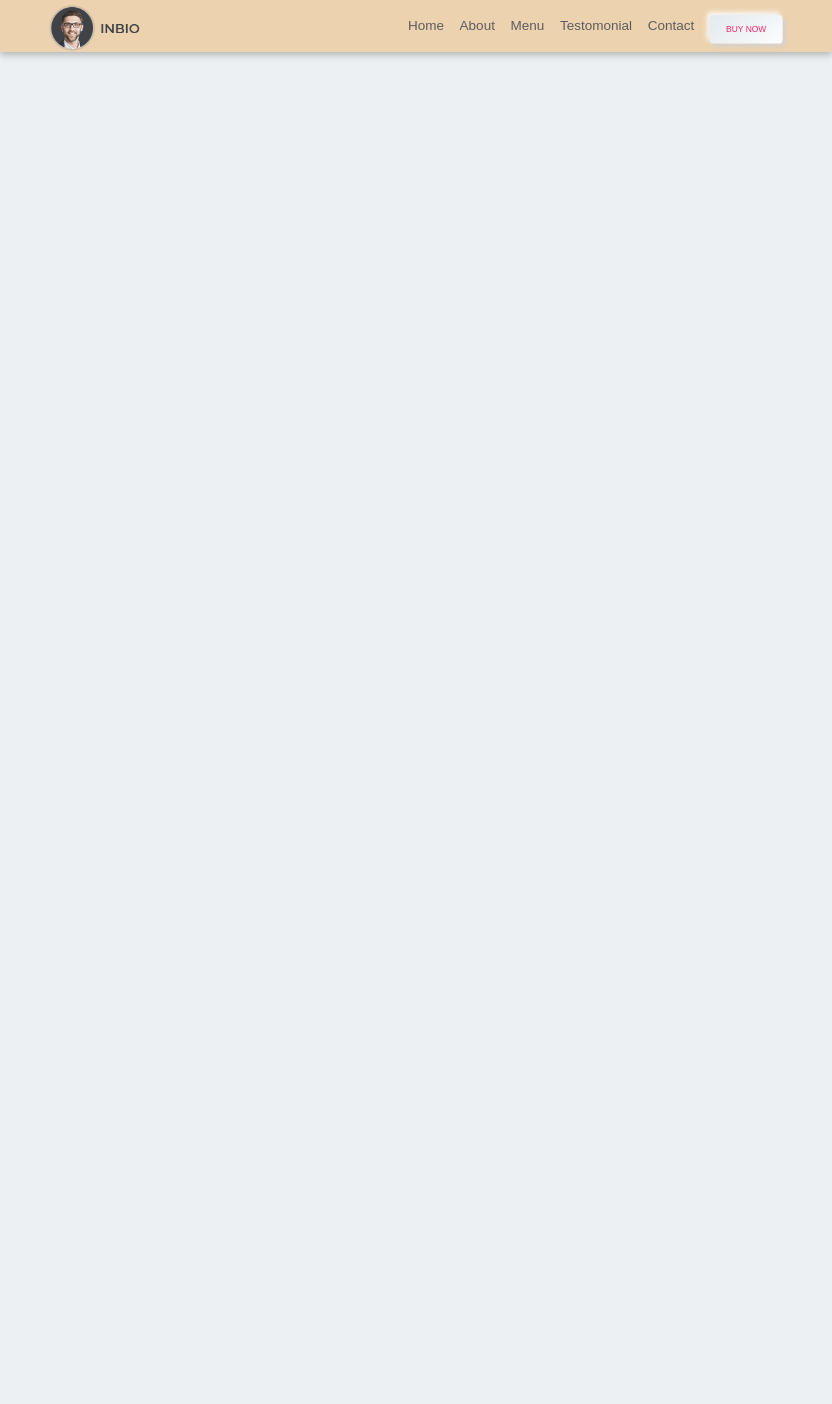
Repository: Sanjayjangra88/PortFolio
Page: /
An editor plug-in stored every save of this project. The page is shown before and after the next save, followed by the edit.
The browser window is 1280 px wide. The pictures show the whole page, at 65% of full size.
Some web libraries are served in a nearby version. The project was rebuilt for these pictures with package versions that can differ from the ones it lists, and the page was loaded fresh each time. Imported but missing from the stored project, and not drawn on this page: src/Components/Header/Navbar.

Above is the page before, as saved 2022-09-10 17:49:06.

### public/index.html
<!DOCTYPE html>
<html lang="en">
  <head>
    <meta charset="utf-8" />
    <link rel="icon" href="%PUBLIC_URL%/favicon.ico" />
    <meta name="viewport" content="width=device-width, initial-scale=1" />
    <meta name="theme-color" content="#000000" />
    <meta
      name="description"
      content="Web site created using create-react-app"
    />
    <link rel="apple-touch-icon" href="%PUBLIC_URL%/logo192.png" />
    <!--
      manifest.json provides metadata used when your web app is installed on a
      user's mobile device or desktop. See https://developers.google.com/web/fundamentals/web-app-manifest/
    -->
    <link rel="manifest" href="%PUBLIC_URL%/manifest.json" />
    <link rel="stylesheet" href="https://cdnjs.cloudflare.com/ajax/libs/font-awesome/6.1.1/css/all.min.css" integrity="sha512-KfkfwYDsLkIlwQp6LFnl8zNdLGxu9YAA1QvwINks4PhcElQSvqcyVLLD9aMhXd13uQjoXtEKNosOWaZqXgel0g==" crossorigin="anonymous" referrerpolicy="no-referrer" />

    <!--
      Notice the use of %PUBLIC_URL% in the tags above.
      It will be replaced with the URL of the `public` folder during the build.
      Only files inside the `public` folder can be referenced from the HTML.

      Unlike "/favicon.ico" or "favicon.ico", "%PUBLIC_URL%/favicon.ico" will
      work correctly both with client-side routing and a non-root public URL.
      Learn how to configure a non-root public URL by running `npm run build`.
    -->

    <link rel="manifest" href="%PUBLIC_URL%/manifest.json" />
    <link href="https://cdn.jsdelivr.net/npm/bootstrap@5.0.2/dist/css/bootstrap.min.css" rel="stylesheet" integrity="sha384-EVSTQN3/azprG1Anm3QDgpJLIm9Nao0Yz1ztcQTwFspd3yD65VohhpuuCOmLASjC" crossorigin="anonymous">
    <title>React App</title>
  </head>
  <body>
    <noscript>You need to enable JavaScript to run this app.</noscript>
    <div id="root"></div>
    <script src="https://kit.fontawesome.com/7578c5a215.js" crossorigin="anonymous"></script>
    <!--
      This HTML file is a template.
      If you open it directly in the browser, you will see an empty page.

      You can add webfonts, meta tags, or analytics to this file.
      The build step will place the bundled scripts into the <body> tag.

      To begin the development, run `npm start` or `yarn start`.
      To create a production bundle, use `npm run build` or `yarn build`.
    -->

    <script src="https://cdn.jsdelivr.net/npm/@popperjs/core@2.9.2/dist/umd/popper.min.js" integrity="sha384-IQsoLXl5PILFhosVNubq5LC7Qb9DXgDA9i+tQ8Zj3iwWAwPtgFTxbJ8NT4GN1R8p" crossorigin="anonymous"></script>
<script src="https://cdn.jsdelivr.net/npm/bootstrap@5.0.2/dist/js/bootstrap.min.js" integrity="sha384-cVKIPhGWiC2Al4u+LWgxfKTRIcfu0JTxR+EQDz/bgldoEyl4H0zUF0QKbrJ0EcQF" crossorigin="anonymous"></script>
  </body>
</html>

### src/App.js
import React from 'react'
import Header from './Components/Header/Header';
import "./App.css"

import Navbar from './Components/Header/Navbar';

const App = () => {
  return (
    <>
      <Header/>
      {/* <Navbar/> */}
    </>
  )
}

export default App

### src/Components/Header/Header.jsx
import React, { useState } from "react"
import "./header.css"
import logo from "../Pic/logo.png"

const Header = () => {
return (
    <>
      {/* <header className='header'>
        <div className='container d_flex'>
          <div className='logo'>
            <img src={logo} alt='' />
          </div>

          <div className='navlink'>
            <ul className="nav-links-mobile">
              <li>
                <a href='#home'>home</a>
              </li>
              <li>
                <a href='#features'>features</a>
              </li>
              <li>
                <a href='#portfolio'>portfolio</a>
              </li>
              <li>
                <a href='#resume'>resume</a>
              </li>
              <li>
                <a href='#clients'>clients</a>
              </li>
              <li>
                <a href='#blog'>blog</a>
              </li>
              <li>
                <a href='#contact'>contact</a>
              </li>
              <li>
                <button className='home-btn'>BUY NOW</button>
              </li>
            </ul>


          </div>
        </div>
      </header> */}
        <nav className='navbar'>
        <div className='navbar-container container'>
            <input type="checkbox"name=""id=""/>
            <div className="hamburger-lines">
                <span className='line line1'></span>
                <span className='line line2'></span>
                <span className='line line3'></span>
            </div>
            <ul className='menu-items'>
                <li><a href='#'>Home</a></li>
                <li><a href='#'>About</a></li>
                <li><a href='#'>Menu</a></li>
                <li><a href='#'>Testomonial</a></li>
                <li><a href='#'>Contact</a></li>
                <li><button className='home-btn'>BUY NOW</button></li>

            </ul>
            <h1 className='logo'><img src={logo} alt='my' /></h1>

        </div>
        </nav>
      <section className="demo"></section>
    </>
  )
}

export default Header

### src/App.css
@import url('https://fonts.googleapis.com/css2?family=Dancing+Script&family=EB+Garamond:ital,wght@1,500&family=Roboto+Slab:wght@300&display=swap');
* {
  padding: 0;
  margin: 0;
  box-sizing: border-box;
}
html {
  scroll-behavior: smooth;
}
body {
  font-family: "Poppins", sans-serif;
  background-color: #ecf0f3;
}
.container {
  max-width: 95%;
  margin: auto;
}
.d_flex {
  display: flex;
  justify-content: space-between;
}
.f_flex {
  display: flex;
}
a {
  text-decoration: none;
  color: black;
}
li {
  list-style: none;
}
.uppercase {
  text-transform: uppercase;
}
.capitalize {
  text-transform: capitalize;
}

button {
  border: none;
  outline: none;
  background-color: none;
}

.btn_shadow {
  padding: 18px 25px;
  border-radius: 6px;
  transition: 0.3s all ease;
  cursor: pointer;
  color: #000;
  transition: 0.5s;
}
.btn_shadow {
  background: linear-gradient(145deg, #e2e8ec, #ffffff);
  box-shadow: 4px 4px 8px #cbcbcb, -4px -4px 8px #ffffff;
}
.btn_shadow:hover {
  background: #ff014f;
  color: white;
  transform: translateY(-10px);
}
.box_shodow {
  background: linear-gradient(145deg, #e2e8ec, #ffffff);
  box-shadow: 4px 4px 8px #cbcbcb, -4px -4px 8px #ffffff;
  border-radius: 10px;
}
.row,
.left,
.right {
  width: 50%;
}
.top {
  margin-top: 80px;
}
.mtop {
  margin-top: 40px;
}
.heading {
  margin: 50px 0 50px 0;
}
.heading h4 {
  color: #ff014f;
  letter-spacing: 2px;
  font-weight: 400;
}
.heading h1 {
  font-size: 60px;
  color: #3c3e41;
}
h1 {
  color: #3c3e41;
}
.grid {
  display: grid;
  grid-template-columns: repeat(3, 1fr);
  grid-gap: 35px;
}
p {
  color: #3c3e41;
}
.text-center {
  text-align: center;
}
.primary_color {
  color: #ff014f;
}
textarea,
input {
  width: 100%;
  padding: 20px;
  border-radius: 5px;
  outline: none;
  border: 3px solid #e2e8ec;
  margin-bottom: 20px;
}
/*----------Footer---------*/
footer {
  margin: 20% 0 10% 0;
}
footer p {
  margin-top: 30px;
}
/*----------Footer---------*/
@media (max-width: 768px) {
  .grid {
    grid-template-columns: repeat(2, 1fr);
  }
  .left,
  .right {
    width: 100%;
  }
  }

### src/Components/Header/header.css

*,
*::after,
*::before{
    box-sizing: border-box;
    padding: 0;
    margin: 0;
}

.html{
    font-size: 62.5%;
}

.navbar input[type="checkbox"],
.navbar .hamburger-lines{
    display: none;
}

.container{
    max-width: 1200px;
    width: 90%;
    margin: auto;
}

.navbar{
    box-shadow: 0px 5px 10px 0px #aaa;
    position: fixed;
    width: 100%;
    background: #eecda3;
    color: #000;
    opacity: 0.85;
    z-index: 100;
}

.navbar-container{
    display: flex;
    justify-content: space-between;
    height: 64px;
    align-items: center;
}

.menu-items{
    margin-top: 15px;
    order: 2;
    display: flex;
}
.logo{
    order: 1;
    font-size: 2.3rem;
    margin-bottom: 5px;
}

.menu-items li{
    list-style: none;
    margin-left: 1.5rem;
    font-size: 1.3rem;
}

.navbar a{
    color: #444;
    text-decoration: none;
    font-weight: 500;
    transition: color 0.3s ease-in-out;
}

.navbar a:hover{
    color: #117964;
}
.home-btn:hover {
  background: #ff014f;
  color: white;
}


.home-btn {
  padding: 18px 25px;
  height: 1vh;
  line-height: 1vh;
  font-size: 13px;
  border-radius: 6px;
  transition: 0.3s all ease;
  cursor: pointer;
  height: fit-content;
  color: #ff014f;

}
.home-btn {
  background: linear-gradient(145deg, #e2e8ec, #ffffff);
  box-shadow: 4px 4px 8px #cbcbcb, -4px -4px 8px #ffffff;
}
navbar {
  transition: 0.5s;
  font-size: 13px;
  font-weight: 500;
  letter-spacing: 2px;
}





@media (max-width: 900px){
    .navbar{
        opacity: 0.95;
    }

    .navbar-container input[type="checkbox"],
    .navbar-container .hamburger-lines{
        display: block;
    }

    .navbar-container{
        display: block;
        position: relative;
        height: 64px;
    }

    .navbar-container input[type="checkbox"]{
        position: absolute;
        display: block;
        height: 32px;
        width: 30px;
        top: 20px;
        left: 20px;
        z-index: 5;
        opacity: 0;
        cursor: pointer;
    }

    .navbar-container .hamburger-lines{
        display: block;
        height: 28px;
        width: 35px;
        position: absolute;
        top: 20px;
        left: 20px;
        z-index: 2;
        display: flex;
        flex-direction: column;
        justify-content: space-between;
    }

    .navbar-container .hamburger-lines .line{
        display: block;
        height: 4px;
        width: 100%;
        border-radius: 10px;
        background: #333;
    }

    .navbar-container .hamburger-lines .line1{
        transform-origin: 0% 0%;
        transition: transform 0.3s ease-in-out;
    }

    .navbar-container .hamburger-lines .line2{
        transition: transform 0.2s ease-in-out;
    }

    .navbar-container .hamburger-lines .line3{
        transform-origin: 0% 100%;
        transition: transform 0.3s ease-in-out;
    }

    .navbar .menu-items{
        padding-top: 100px;
        background: #fff;
        height: 100vh;
        max-width: 300px;
        transform: translate(-150%);
        display: flex;
        flex-direction: column;
        margin-left: -40px;
        padding-left: 40px;
        transition: transform 0.5s ease-in-out;
        box-shadow:  5px 0px 10px 0px #aaa;
        overflow: scroll;
    }

    .navbar .menu-items li{
        margin-bottom: 1.8rem;
        font-size: 1.1rem;
        font-weight: 500;
    }

    .logo{
        position: absolute;
        top: 10px;
        right: 15px;
        font-size: 2.5rem;

    }

    .navbar-container input[type="checkbox"]:checked ~ .menu-items{
        transform: translateX(0);
    }

    .navbar-container input[type="checkbox"]:checked ~ .hamburger-lines .line1{
        transform: rotate(45deg);
    }

    .navbar-container input[type="checkbox"]:checked ~ .hamburger-lines .line2{
        transform: scaleY(0);
    }

    .navbar-container input[type="checkbox"]:checked ~ .hamburger-lines .line3{
        transform: rotate(-45deg);
    }
    .home-btn:hover {
      background: #ff014f;
      color: white;

    }


    .home-btn {
      padding: 18px 25px;
      height: 1vh;
      line-height: 1vh;
      font-size: 13px;
      border-radius: 6px;
      transition: 0.3s all ease;
      cursor: pointer;
      height: fit-content;
      color: #ff014f;
      margin-right: 25px;

    }
    .home-btn {
      background: linear-gradient(145deg, #e2e8ec, #ffffff);
      box-shadow: 4px 4px 8px #cbcbcb, -4px -4px 8px #ffffff;
    }

}

@media (max-width: 500px){
    .navbar-container input[type="checkbox"]:checked ~ .logo{
        display: none;
    }
}
.demo{
  height: 300vh;
}

Loaded but not shown: src/index.js (common file); src/index.css (common file); src/reportWebVitals.js (common file)

After the next save:
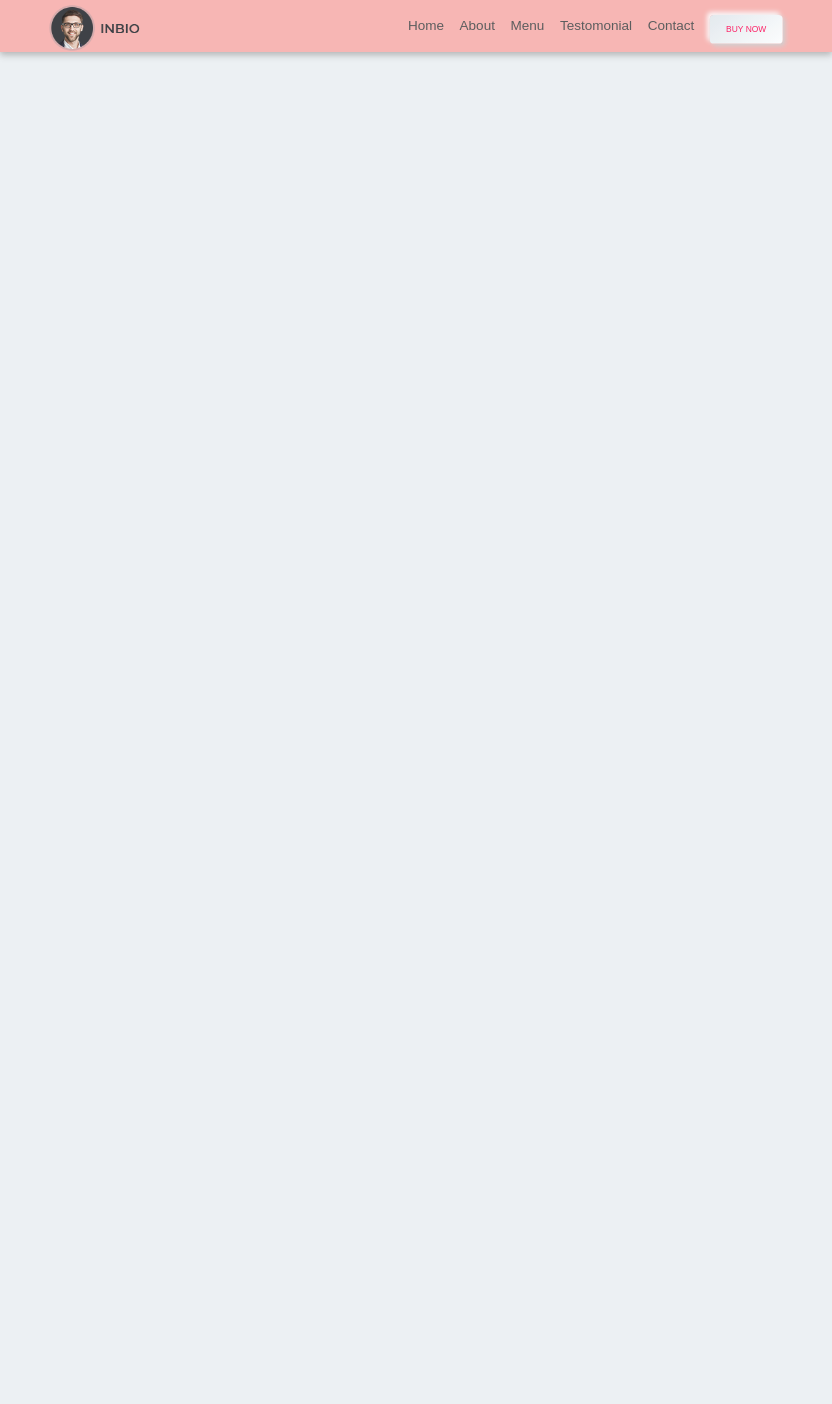
Saved 49 s later.
--- a/src/Components/Header/header.css
+++ b/src/Components/Header/header.css
@@ -26,7 +26,7 @@
     box-shadow: 0px 5px 10px 0px #aaa;
     position: fixed;
     width: 100%;
-    background: #eecda3;
+    background: #faaca8;
     color: #000;
     opacity: 0.85;
     z-index: 100;
